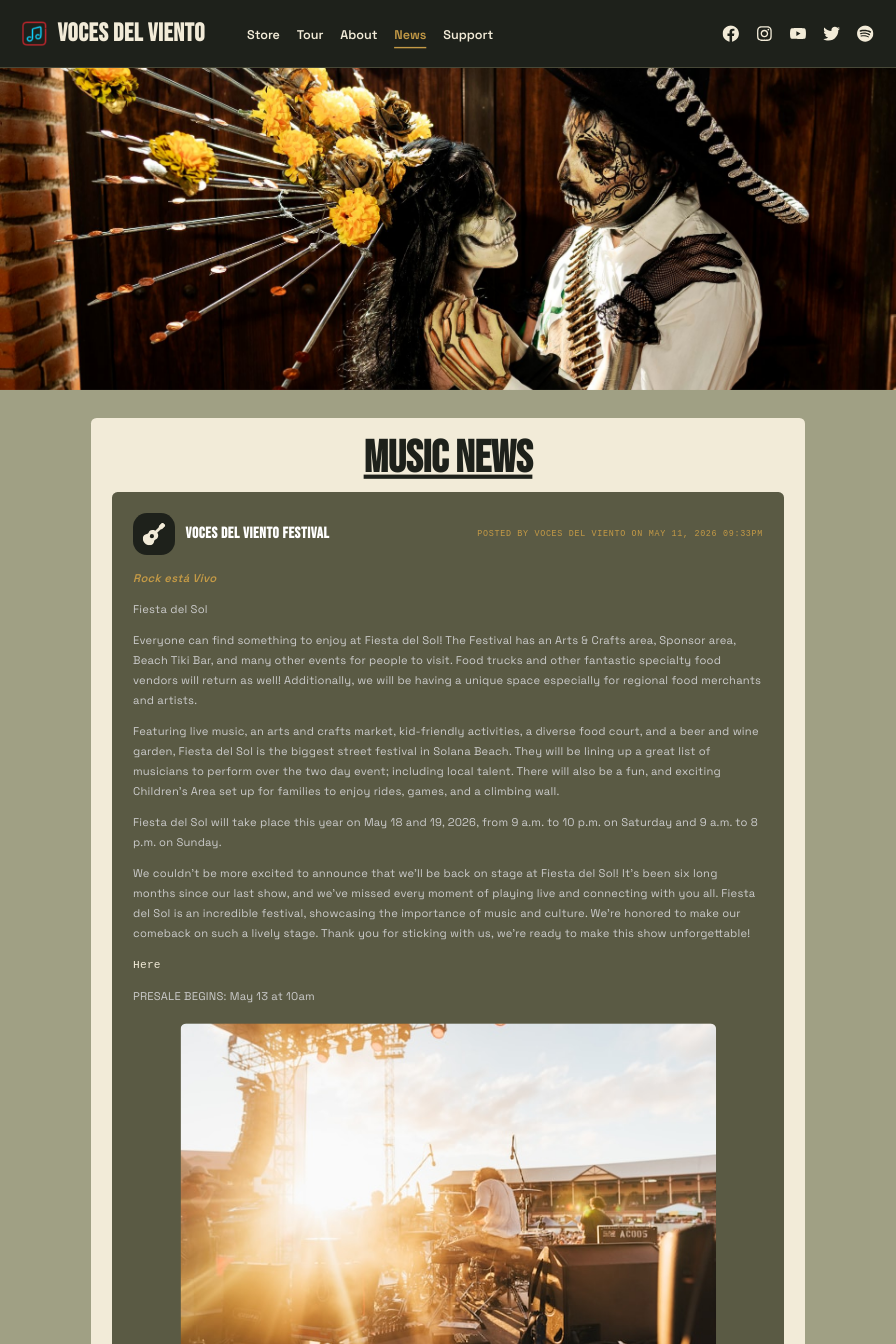
Repository: lime929/voices-del-viento
Page: /news
An editor plug-in stored every save of this project. The page is shown before and after a run of saves, followed by the edit.
The browser window is 1280 px wide. The pictures show the part of the page from y = 0 to 1920 px (the page is 5433 px tall before and 5826 px after), at 70% of full size.
The project was rebuilt for these pictures with package versions that can differ from the ones it lists, and the page was loaded fresh each time. The framework's server and built-in components were replaced by stand-ins that run in the browser. Also part of the build but not shown: next.config.mjs.

Above is the page before, as saved 2026-09-26 21:22:07.

After the next 2 saves:
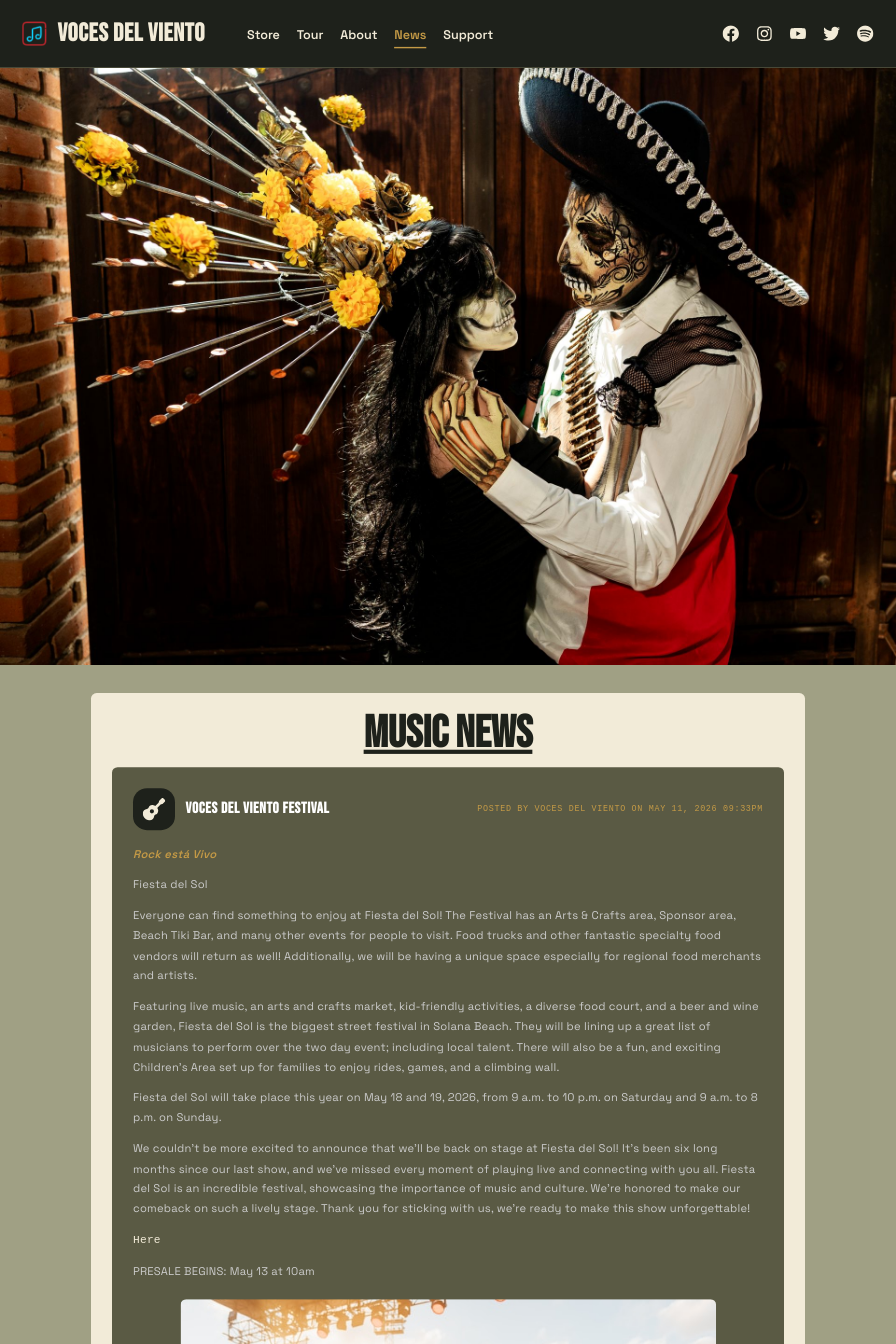
The 2 saves are shown as one change because they came seconds apart.
The last was saved 27 s later.
--- a/app/news/page.module.css
+++ b/app/news/page.module.css
@@ -115,17 +115,14 @@
   border-radius: 8px;
 }
 
-.bannerImage {
+/* .bannerImage {
   display: block;
   width: 100%;
   height: 460px;
   object-fit: cover;
   object-position: center 30%;
   margin: 0 auto 30px;
-  position: sticky;
-  top: 0;
-  z-index: 100;
-}
+} */
 
 /* .bannerImage {
   display: block;

After the save that followed:
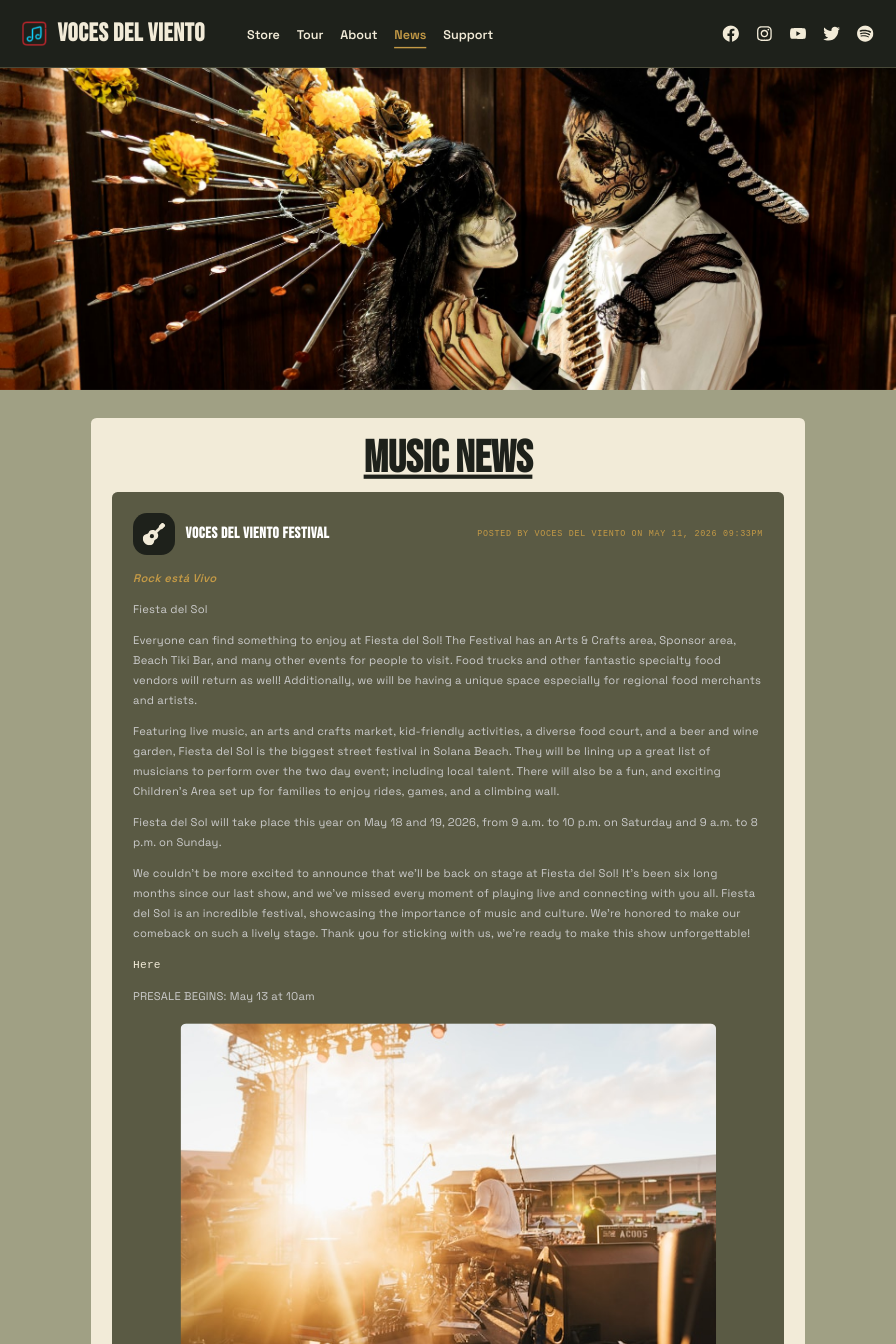
Saved 41 s later.
--- a/app/news/page.module.css
+++ b/app/news/page.module.css
@@ -115,14 +115,17 @@
   border-radius: 8px;
 }
 
-/* .bannerImage {
+.bannerImage {
+  position: sticky;
+  top: 0;
+  z-index: 1000;
   display: block;
   width: 100%;
   height: 460px;
   object-fit: cover;
   object-position: center 30%;
   margin: 0 auto 30px;
-} */
+}
 
 /* .bannerImage {
   display: block;
